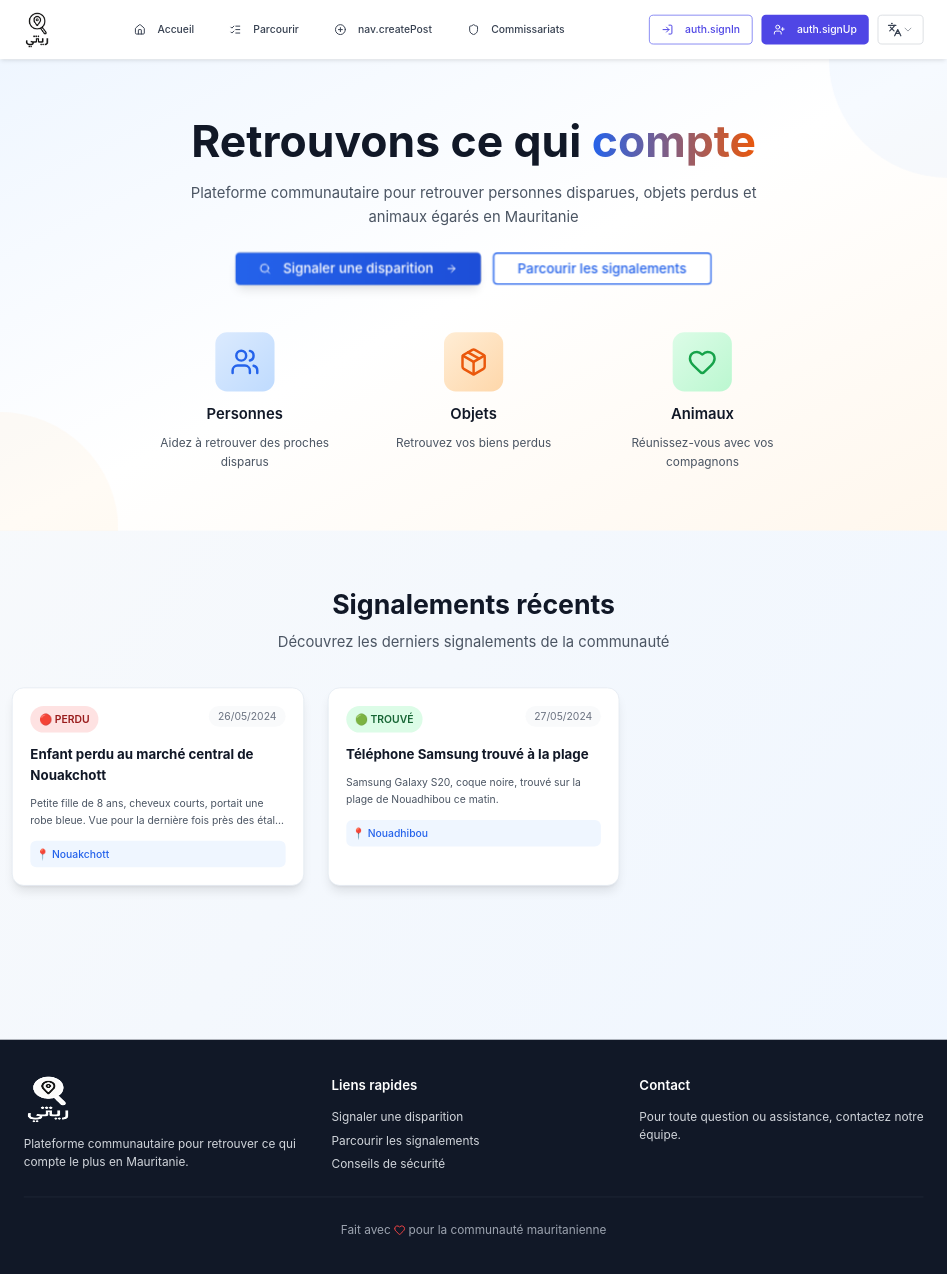
Repository: DahSidiAbdallah/Raytni
Page: /
An editor plug-in stored every save of this project. The page is shown before and after the next save, followed by the edit.
The browser window is 1280 px wide. The pictures show the whole page, at 74% of full size.
The project was rebuilt for these pictures with package versions that can differ from the ones it lists, and the page was loaded fresh each time. Also part of the build but not shown: vite.config.ts, src/components/ui/tooltip.tsx, src/components/ui/input.tsx, src/components/ui/textarea.tsx, src/components/ui/card.tsx, src/components/CreatePostForm.tsx, src/components/LoadingSpinner.tsx, src/pages/NotFound.tsx and 10 more.

Above is the page before, as saved 2025-05-28 15:06:30.

After the next save:
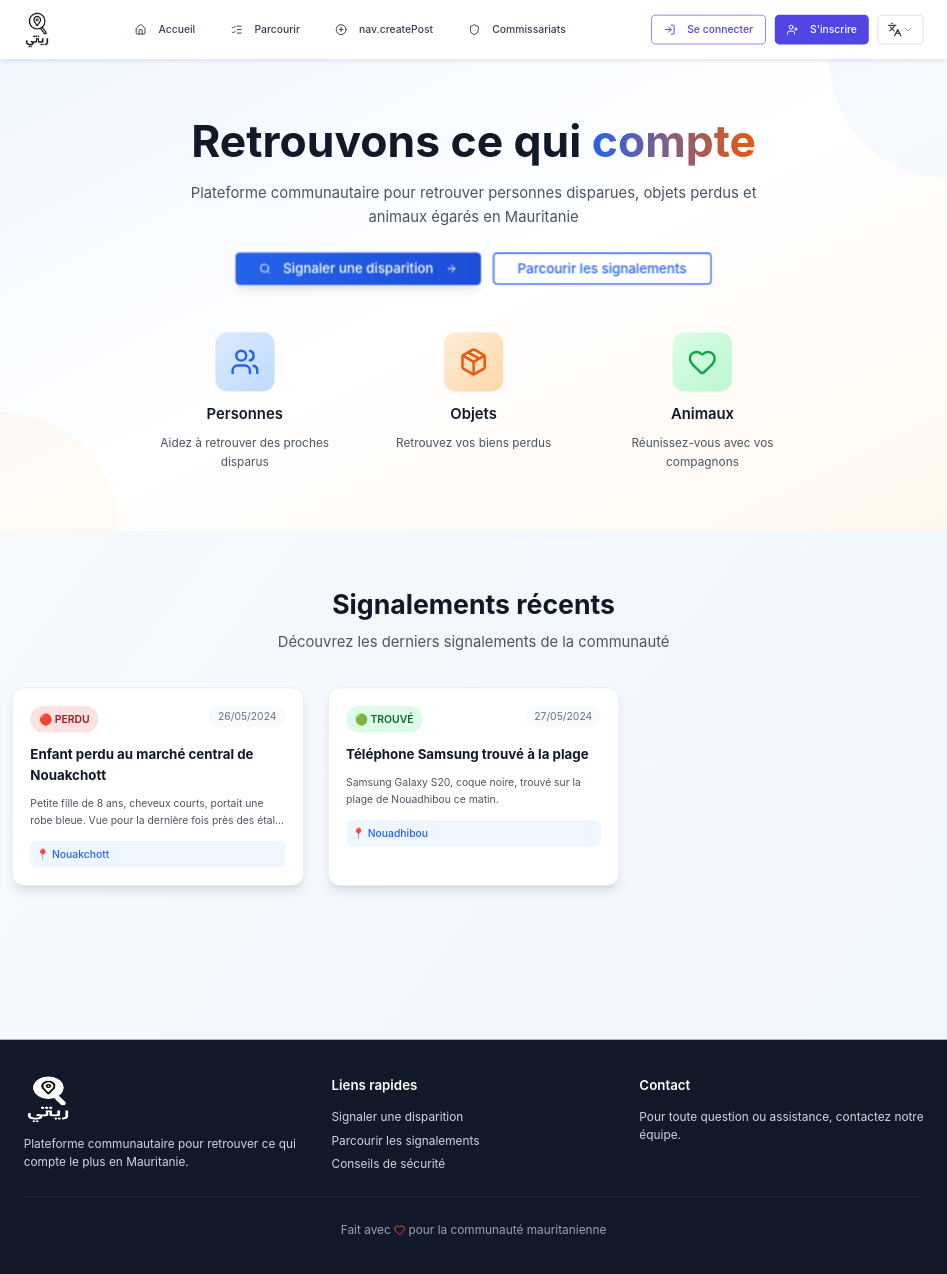
Saved 111 s later.
--- a/src/contexts/LanguageContext.tsx
+++ b/src/contexts/LanguageContext.tsx
@@ -1,6 +1,6 @@
 import React, { createContext, useContext, useState, ReactNode } from 'react';
 
-export type Language = 'fr' | 'ar' | 'en';
+export type Language = 'fr' | 'ar';
 
 interface LanguageContextType {
   language: Language;
@@ -10,21 +10,24 @@ interface LanguageContextType {
 
 const LanguageContext = createContext<LanguageContextType | undefined>(undefined);
 
-const translations = {
+const translations: Record<Language, Record<string, string>> = {
   fr: {
-    'app.name': 'TrouveMauritanie',
+    'app.name': 'Raytni',
     'nav.home': 'Accueil',
     'nav.browse': 'Parcourir',
     'nav.report': 'Signaler',
     'nav.police': 'Commissariats',
+    'auth.signIn': 'Se connecter',
+    'auth.signUp': 'S\'inscrire',
+    'settings.language': 'Langue',
     'hero.title': 'Retrouvez ce qui compte le plus',
-    'hero.subtitle': 'Plateforme dédiée à la recherche de personnes disparues et d\'objets perdus en Mauritanie',
+    'hero.subtitle': 'Plateforme Raytni dédiée à la recherche de personnes disparues et d\'objets perdus en Mauritanie',
     'hero.getStarted': 'Commencer',
     'hero.learnMore': 'En savoir plus',
     'features.findPeople': 'Retrouver des personnes',
     'features.findPeople.desc': 'Signalez et recherchez des personnes disparues',
     'features.findItems': 'Retrouver des objets',
-    'features.findItems.desc': 'Retrouvez vos biens perdus ou volez',
+    'features.findItems.desc': 'Retrouvez vos biens perdus ou volés',
     'features.community': 'Communauté unie',
     'features.community.desc': 'Ensemble, nous pouvons nous entraider',
     'post.contactInfo': 'Informations de contact',
@@ -36,8 +39,8 @@ const translations = {
     'post.readLess': 'Lire moins',
     'loading.posts': 'Chargement des publications...',
     'loading.text': 'Chargement...',
-    'browse.title': 'Parcourir les publications',
-    'browse.subtitle': 'Explorez toutes les publications actives',
+    'browse.title': 'Parcourir les signalements',
+    'browse.subtitle': 'Explorez tous les signalements actifs',
     'home.recentPosts': 'Signalements récents',
     'home.recentPosts.subtitle': 'Découvrez les derniers signalements de la communauté',
     'home.noPosts': 'Aucun signalement pour le moment',
@@ -50,13 +53,16 @@ const translations = {
     'toast.success.desc': 'Votre signalement est maintenant visible par la communauté.'
   },
   ar: {
-    'app.name': 'العثور موريتانيا',
+    'app.name': 'رايتني',
     'nav.home': 'الرئيسية',
     'nav.browse': 'تصفح',
     'nav.report': 'بلاغ',
     'nav.police': 'مراكز الشرطة',
+    'auth.signIn': 'تسجيل الدخول',
+    'auth.signUp': 'إنشاء حساب',
+    'settings.language': 'اللغة',
     'hero.title': 'اعثر على ما يهمك أكثر',
-    'hero.subtitle': 'منصة مخصصة للبحث عن الأشخاص المفقودين والأشياء الضائعة في موريتانيا',
+    'hero.subtitle': 'منصة رايتني مخصصة للبحث عن الأشخاص المفقودين والأشياء الضائعة في موريتانيا',
     'hero.getStarted': 'ابدأ الآن',
     'hero.learnMore': 'اعرف المزيد',
     'features.findPeople': 'العثور على الأشخاص',
@@ -74,56 +80,18 @@ const translations = {
     'post.readLess': 'اقرأ أقل',
     'loading.posts': 'جارٍ تحميل المنشورات...',
     'loading.text': 'جارٍ التحميل...',
-    'browse.title': 'تصفح المنشورات',
-    'browse.subtitle': 'استكشف جميع المنشورات النشطة',
-    'home.recentPosts': 'التقارير الأخيرة',
-    'home.recentPosts.subtitle': 'اكتشف أحدث تقارير المجتمع',
-    'home.noPosts': 'لا توجد تقارير في الوقت الحالي',
-    'home.noPosts.subtitle': 'كن أول من ينشر تقريراً',
-    'home.createPost': 'إنشاء تقرير',
-    'home.viewAll': 'عرض جميع التقارير',
+    'browse.title': 'تصفح البلاغات',
+    'browse.subtitle': 'استكشف جميع البلاغات النشطة',
+    'home.recentPosts': 'البلاغات الأخيرة',
+    'home.recentPosts.subtitle': 'اكتشف أحدث بلاغات المجتمع',
+    'home.noPosts': 'لا توجد بلاغات في الوقت الحالي',
+    'home.noPosts.subtitle': 'كن أول من ينشر بلاغاً',
+    'home.createPost': 'إنشاء بلاغ',
+    'home.viewAll': 'عرض جميع البلاغات',
     'status.lost': 'مفقود',
     'status.found': 'موجود',
-    'toast.success': '✅ تم نشر التقرير بنجاح!',
-    'toast.success.desc': 'تقريرك مرئي الآن للمجتمع.'
-  },
-  en: {
-    'app.name': 'TrouveMauritanie',
-    'nav.home': 'Home',
-    'nav.browse': 'Browse',
-    'nav.report': 'Report',
-    'nav.police': 'Police Stations',
-    'hero.title': 'Find What Matters Most',
-    'hero.subtitle': 'Platform dedicated to finding missing persons and lost items in Mauritania',
-    'hero.getStarted': 'Get Started',
-    'hero.learnMore': 'Learn More',
-    'features.findPeople': 'Find People',
-    'features.findPeople.desc': 'Report and search for missing persons',
-    'features.findItems': 'Find Items',
-    'features.findItems.desc': 'Recover your lost or stolen belongings',
-    'features.community': 'United Community',
-    'features.community.desc': 'Together, we can help each other',
-    'post.contactInfo': 'Contact Information',
-    'post.phone': 'Phone',
-    'post.email': 'Email',
-    'post.location': 'Location',
-    'post.description': 'Description',
-    'post.readMore': 'Read More',
-    'post.readLess': 'Read Less',
-    'loading.posts': 'Loading posts...',
-    'loading.text': 'Loading...',
-    'browse.title': 'Browse Posts',
-    'browse.subtitle': 'Explore all active posts',
-    'home.recentPosts': 'Recent Reports',
-    'home.recentPosts.subtitle': 'Discover the latest community reports',
-    'home.noPosts': 'No reports at the moment',
-    'home.noPosts.subtitle': 'Be the first to post a report',
-    'home.createPost': 'Create Report',
-    'home.viewAll': 'View All Reports',
-    'status.lost': 'LOST',
-    'status.found': 'FOUND',
-    'toast.success': '✅ Report published successfully!',
-    'toast.success.desc': 'Your report is now visible to the community.'
+    'toast.success': '✅ تم نشر البلاغ بنجاح!',
+    'toast.success.desc': 'بلاغك مرئي الآن للمجتمع.'
   }
 };
 
@@ -131,7 +99,7 @@ export const LanguageProvider = ({ children }: { children: ReactNode }) => {
   const [language, setLanguage] = useState<Language>('fr');
 
   const t = (key: string): string => {
-    return translations[language][key] || key;
+    return (translations[language] && translations[language][key]) || key;
   };
 
   return (
